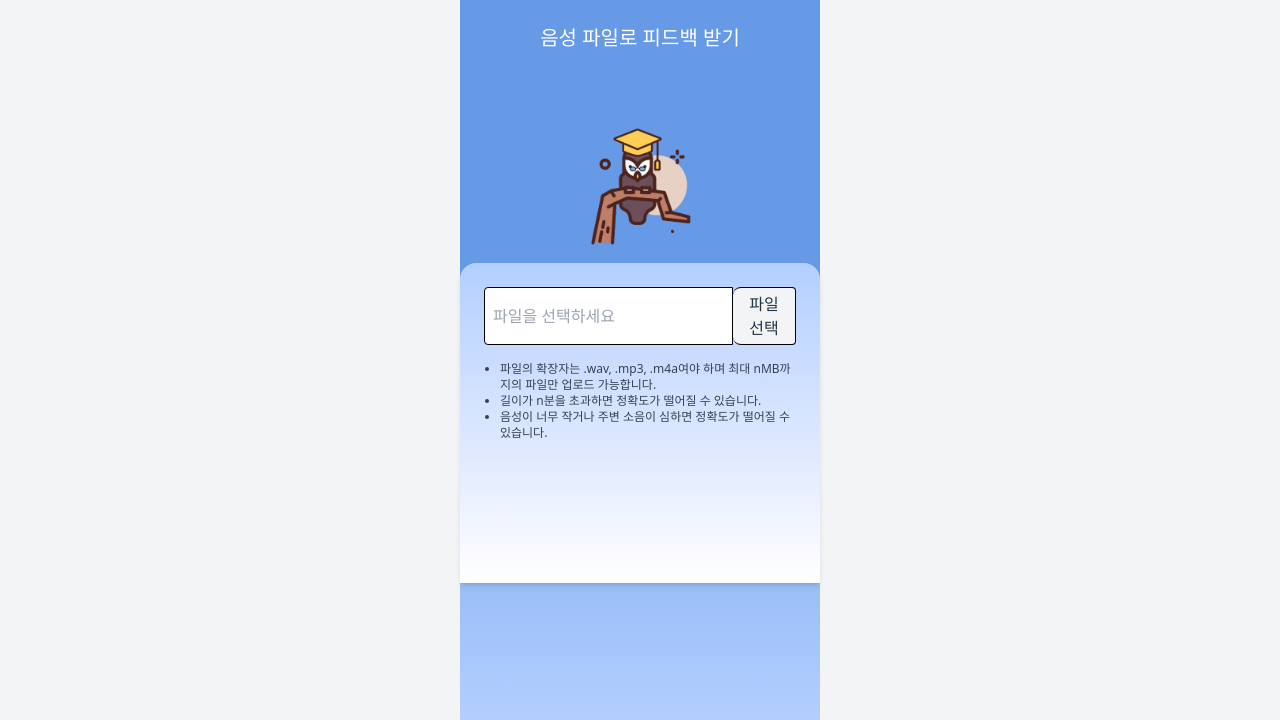
Repository: yurim1205/mini_front
Page: /record (app in frontend/)
The author's editor kept a copy of each file at every save. The page is drawn from the files as they stood at one save, then again after the next save.
The browser window is 1280 px wide. The pictures show the whole page.
The project was rebuilt for these pictures with package versions that can differ from the ones it lists, and the page was loaded fresh each time. Also part of the build but not shown: frontend/vite.config.js, frontend/src/components/common/Button.jsx, frontend/src/components/buttons/fileFeedbackBtn.jsx, frontend/src/components/buttons/rec_FeedbackBtn.jsx, frontend/src/pages/home.jsx, frontend/src/pages/fileFeedback.jsx.

Above is the page before, as saved 2025-05-13 17:50:07.

### frontend/src/App.jsx
import { BrowserRouter, Routes, Route } from 'react-router-dom';
import Home from './pages/home';
import FileFeedback from './pages/fileFeedback';
import RecordFeedback from './pages/recordFeedback';

function App() {
  return (
    <BrowserRouter>
      <Routes>
        <Route path="/" element={<Home />} />
        <Route path="/file" element={<FileFeedback />} />
        <Route path="/record" element={<RecordFeedback />} />
      </Routes>
    </BrowserRouter>
  );
}

export default App;

### frontend/src/pages/recordFeedback.jsx
import React from "react";
import { useNavigate } from "react-router-dom";
import owlImg from "../assets/img/owl.png"; // 부엉이 이미지 경로에 맞게 수정

function FileUploadPage() {
  const navigate = useNavigate();

  return (
    <div className="w-screen h-screen flex justify-center items-center bg-gray-100">
      <div
        className="relative h-screen flex flex-col items-center max-w-[360px] w-full"
        style={{
          background: "linear-gradient(to bottom, #6699E6 0%, #6699E6 40%, #b3cfff 100%)"
        }}
      >
        <div className="flex items-center w-full px-4 pt-6">
          {/* <button onClick={() => navigate(-1)} className="text-2xl mr-2">{'←'}</button> */}
          <span className="text-xl font-semibold mx-auto text-white">음성 파일로 피드백 받기</span>
        </div>

        <img
          src={owlImg}
          alt="owl"
          className="w-32 mx-auto mt-16 "
        />

        <div
          className="rounded-t-2xl rounded-b-none shadow-md w-full px-6 py-6 mt-2 flex flex-col items-center min-h-[320px]"
          style={{
            background: "linear-gradient(to bottom, #b3cfff 0%, #e0eaff 60%, #fff 100%)"
          }}
        >
          {/* 파일 업로드 부분 */}
          <div className="flex w-full mb-4">
            <input
              type="text"
              className="border border-black rounded-l px-2 py-1 flex-1"
              placeholder="파일을 선택하세요"
              readOnly
            />
            <button className="border border-black border-l-0 rounded-r px-4 py-1 bg-gray-100">
              파일 선택
            </button>
          </div>
          <ul className="text-xs text-gray-700 w-full list-disc pl-4">
            <li>파일의 확장자는 .wav, .mp3, .m4a여야 하며 최대 nMB까지의 파일만 업로드 가능합니다.</li>
            <li>길이가 n분을 초과하면 정확도가 떨어질 수 있습니다.</li>
            <li>음성이 너무 작거나 주변 소음이 심하면 정확도가 떨어질 수 있습니다.</li>
          </ul>
        </div>
      </div>
    </div>
  );
}

export default FileUploadPage;

### frontend/tailwind.config.js
/** @type {import('tailwindcss').Config} */
export default {
    content: [
      "./index.html",
      "./src/**/*.{js,ts,jsx,tsx}",
    ],
    theme: {
      extend: {
        colors:{
          'main-top': '#6699E6',
          'main-bottom': '#0A27E5',
        }
      },
    },
    plugins: [],
  }

Loaded but not shown: frontend/index.html (common file); frontend/src/main.jsx (common file); frontend/src/index.css (common file)

After the next save:
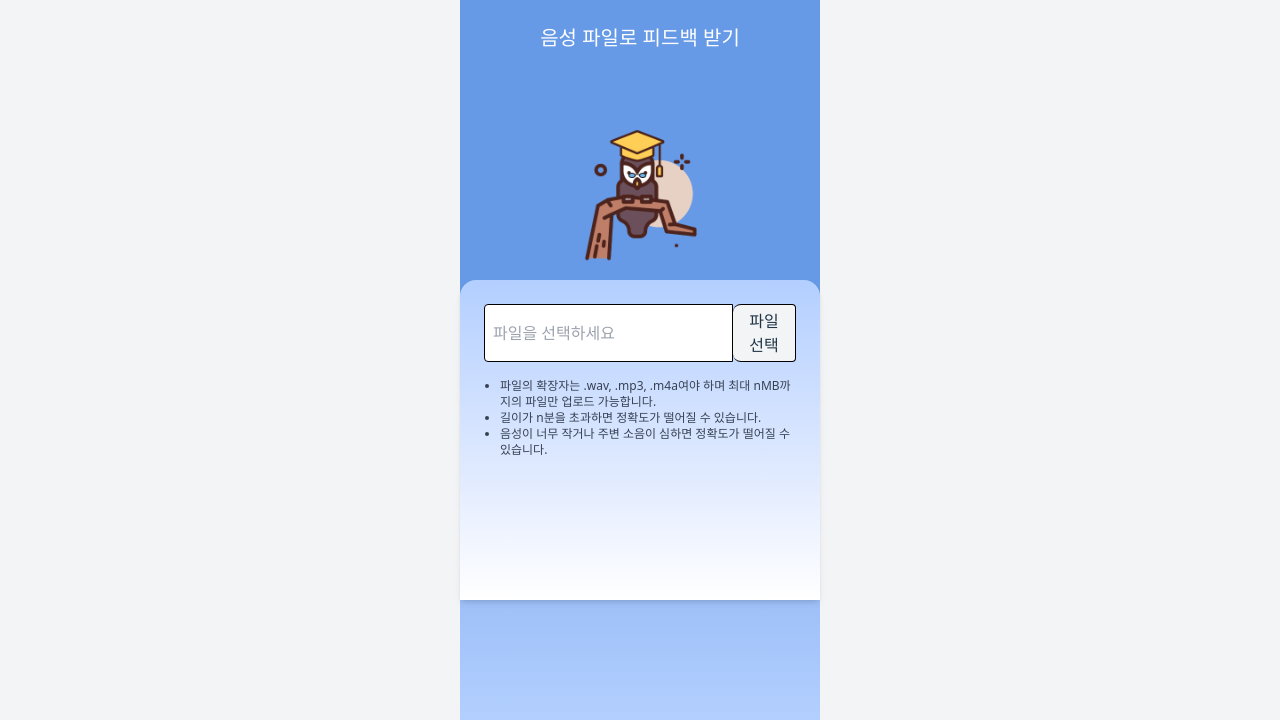
Saved 15 h 30 min later.
--- a/frontend/src/pages/recordFeedback.jsx
+++ b/frontend/src/pages/recordFeedback.jsx
@@ -21,7 +21,7 @@
         <img
           src={owlImg}
           alt="owl"
-          className="w-32 mx-auto mt-16 "
+          className="w-36 mx-auto mt-16 "
         />
 
         <div
